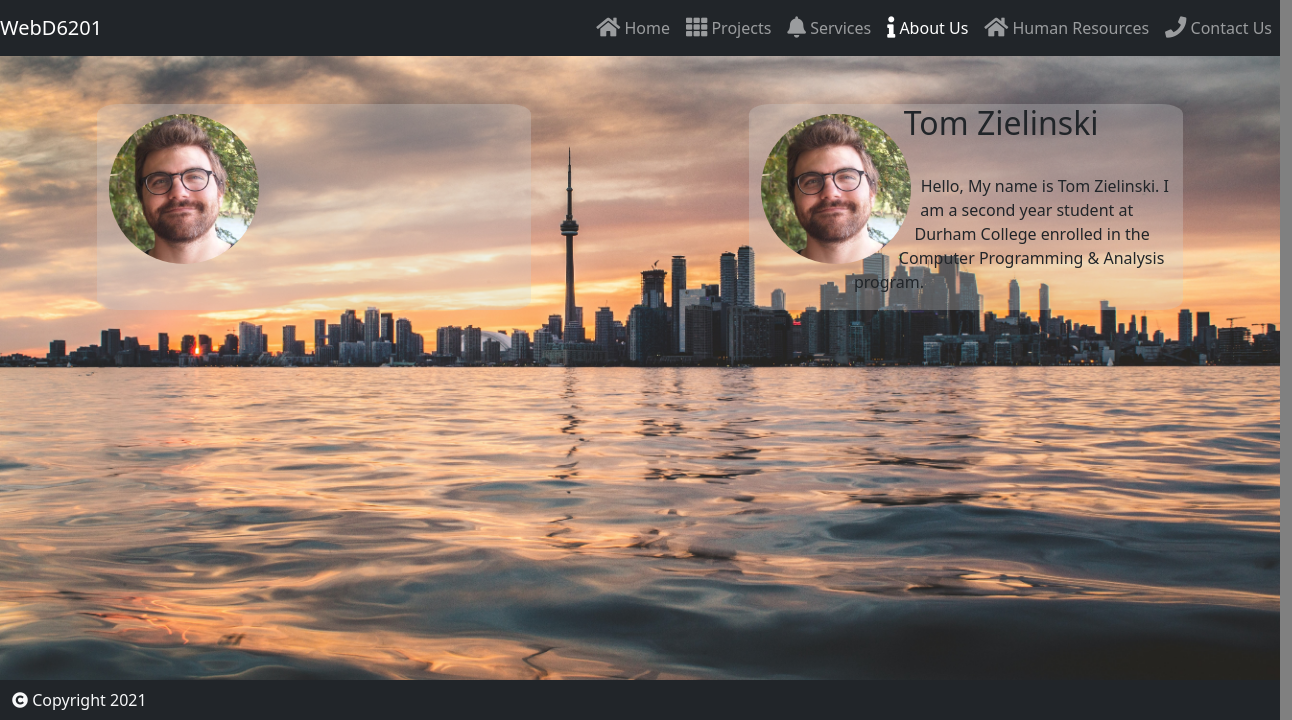
Repository: Tomelinski/Webd6201-Lab02
Page: about.html
An editor plug-in stored every save of this project. The page is shown before and after the next save, followed by the edit.
The browser window is 1280 px wide. The page is 1292 px wide, so the pictures cover 1292 px, including what lies to the right of the window. The pictures show the whole page.

Above is the page before, as saved 2021-02-05 18:30:24.

### about.html
<!-- Author(s): Tom Zielinski,
 *              Calvin May
 *
 *   Date: 02/02/2021 | Last Modified: 02/03/2021
 *   Document: about.html
 *   Description: ...
-->
<!DOCTYPE html>
<html lang="en">
<head>
    <meta charset="UTF-8">
    <meta name="viewport" content="width=device-width, initial-scale=1.0">
    <title>About</title>
    <!-- -->
    <link rel="stylesheet" href="./node_modules/bootstrap/dist/css/bootstrap.min.css">
    <link rel="stylesheet" href="./node_modules/@fortawesome/fontawesome-free/css/all.min.css">
    <link rel="stylesheet" href="./Content/app.css">

</head>
<body>
      <!-- Main header -->
      <header>
        <!-- Main Nav -->
          <nav class="navbar navbar-expand-lg navbar-dark bg-dark ">
              <a class="navbar-brand" href="./index.html">WebD6201</a>
              <button class="navbar-toggler" type="button" data-toggle="collapse" data-target="#navbarSupportedContent" aria-controls="navbarSupportedContent" aria-expanded="false" aria-label="Toggle navigation">
                <span class="navbar-toggler-icon"></span>
              </button>

              <div class="collapse navbar-collapse" id="navbarSupportedContent">
                <ul id="pageList" class="navbar-nav ms-auto mb-2 mb-lg-0">
                  <li class="nav-item ">
                    <a class="nav-link" aria-current="page" href="index.html"><i class="fas fa-home fa-lg"></i> Home</a>
                  </li>

                  <li class="nav-item">
                      <a id="projects" class="nav-link" aria-current="page" href="products.html"><i class="fas fa-th fa-lg"></i> Products</a>
                  </li>

                  <li class="nav-item">
                      <a class="nav-link" aria-current="page" href="services.html"><i class="fas fa-bell fa-lg"></i> Services</a>
                  </li>

                  <li class="nav-item">
                      <a class="nav-link active" aria-current="page" href="about.html"><i class="fas fa-info fa-lg"></i> About Us</a>
                  </li>

                  <li class="nav-item">
                      <a class="nav-link" aria-current="page" href="contact.html"><i class="fas fa-phone fa-lg"></i> Contact Us</a>
                  </li>
                </ul>
              </div>
            </nav>
      </header>

      <main>
        <div class="container"></div>
          <div class="row justify-content-around">
            <div id="about-calvin" class="col-4 mt-5 about-background">

            </div>
            <div id="about-tom" class="col-4 mt-5 about-background">

            </div>
          </div>
        </div>
      </main>

    <!-- Script section -->
    <script src="./node_modules/jquery/dist/jquery.min.js"></script>
    <script src="./node_modules/bootstrap/dist/js/bootstrap.bundle.min.js"></script>
    <script src="./Scripts/app.js"></script>
</body>

</html>

### Content/app.css
/* Author(s): Tom Zielinski,
 *              Calvin May
 *
 *   Date: 02/02/2021 | Last Modified: 02/03/2021
 *   Document: Services.html
 *   Description: ...
*/
/* Custom css page */
body{
    width:100vw;
    height:100vh;
    background: url("../Pictures/Toronto.jpg") no-repeat center center fixed;
    -webkit-background-size: cover;
    -moz-background-size: cover;
    -o-background-size: cover;
    background-size: cover;
    overflow-x: hidden;
    margin:0px;
    min-height:100%;
    background-color: gray;
}

.headshot-portrait{
    width: 150px;
    height: 150px;
    border-radius: 50%;
    float: left;
    shape-outside: circle();
    margin: 10px 10px 15px 0px;
}

.about-background{
    background: rgba(210, 210, 210, 0.3);
    border-radius: 5%;

}

### Scripts/app.js
/** Author(s): Tom Zielinski,
 *             Calvin May
 *
 *  Date: 02/02/2021 | Last Modified: 02/03/2021
 *  Document: app.js
 *  Description: ...
 */

/** Custom JavaScript Page */

/** IFFE Function */
(() => {

    // Declarations
    let mainContent = document.getElementsByTagName("main")[0]; // Holds the <main> element


    // First Fix the upper, lower navbars. Ensuring they display properly
    fixNavBars();

    /** Web Application Startup Functions */
    /** Start() - Lets the application know which content to load
     *          based on the title of the document.
    */
    function Start() {
        console.log("Web App Started.");``


        // A switch case used to figure out which page is being loaded.
        switch (document.title) {
            case "Home":
                displayHomePage();
                break;
            case "About":
                displayAboutPage();
                break;
            case "Contact":
                displayContactPage();
                break;
            case "Projects":
                displayProjectsPage();
                break;
            case "Services":
                displayServicesPage();
                break;
            case "Human Resources":
                displayHumanResourcesPage();
                break;
        }

    }

    /** Display Page Content Functions */
    /** displayHomePage() - Loads the Content for index.html */
    function displayHomePage() {

        let newParagraph = document.createElement("p");
        newParagraph.setAttribute("id", "paragraphOne");
        newParagraph.className = "fs-6 col col-md-4 mt-5 m-auto px-4 border border-dark border-4 rounded";
        newParagraph.textContent = "Welcome to Cavlin May's and Tom Zielinski's Webd6201 Lab01 webpage.";

        mainContent.appendChild(newParagraph);
    }

    /** displayAboutPage() - Loads the Content for about.html */
    function displayAboutPage() {

        let introductionHeading = document.createElement("h3");
        let resumeHeading = document.createElement("h3");

        let aboutTomDiv = document.getElementById("about-tom");
        let aboutCalvinDiv = document.getElementById("about-calvin");

        let tomHeading = document.createElement("h2");
        tomHeading.textContent = "Tom Zielinski";
        let pic = document.createElement("img");
        pic.setAttribute("src", "../Pictures/Tom.jpeg");
        pic.setAttribute("class", "headshot-portrait");
        pic.setAttribute("height", "100");
        pic.setAttribute("width", "100");
        pic.setAttribute("alt", "Headshot of Tom");

        let aboutTom = document.createElement("p");
        aboutTom.innerHTML = `</br><p>Hello, My name is Tom Zielinski. I am a second year student at Durham College enrolled in the Computer Programming & Analysis program.</p>`;

        aboutTomDiv.appendChild(pic);
        aboutTomDiv.appendChild(tomHeading);
        aboutTomDiv.appendChild(aboutTom);

        let calvinPortrait = document.createElement("img");
        calvinPortrait.setAttribute("src", "../Pictures/Tom.jpeg");
        calvinPortrait.setAttribute("class", "headshot-portrait");
        calvinPortrait.setAttribute("alt", "Headshot of Tom");

        aboutCalvinDiv.appendChild(calvinPortrait);
    }

    /** displayContactPage() - Loads the Content for contact.html */
    function displayContactPage() {

    }

    /** displayProjectsPage() - Loads the Content for projects.html */
    function displayProjectsPage() {

    }

    /** displayServicesPage() - Loads the Content for services.html */
    function displayServicesPage() {

    }

    /** displayHumanResourcesPage() - Loads the Content for human_resources.html */
    function displayHumanResourcesPage() {


    }

    /**
     * fixNavBars() - This Function is used to finish creating the Header/Footer Navbars
     *              using DOM Manipulation and Injection. First it fixes the "Products"
     *              NavBar link to correctly show, "Projects" and link to the projects.html
     *              page. It also Insert a new NavBar link, "Human Recources" between
     *              "About us" and "Contact Us" links. Finally, it adds a footer to the
     *              bottom of the page.
     */
    function fixNavBars()
    {
        // Fix the "Products" Nav item
        let projectPageAnchor = document.getElementById("projects");    // Get the Nav item Anchor tag by id
        projectPageAnchor.setAttribute("href", "projects.html");        // Correctly set the Hypertext Reference attribute
        projectPageAnchor.innerHTML = "<i class=\"fas fa-th fa-lg\"></i> Projects"; // Correctly set the text to indicate a project page

        // Insert a Nav item for Human Resources
        let navBarItemList = document.getElementById("pageList");  // Get the <ul> holding the Page links
        let humanResourcesListItem = document.createElement("li"); // Create a new list Item
        humanResourcesListItem.setAttribute("class", "nav-item");  // Set the class of the list item to "nav-item"
        // Create the anchor that will exist within the humanResourcesListItem
        let hrListItemData = '<a class="nav-link" aria-current="page" ' +
                             'href="human_resources.html"><i class="fas fa-home fa-lg"></i> Human Resources</a>';
        // Set the innerHtml with the data above
        humanResourcesListItem.innerHTML = hrListItemData;
        // Insert the new listitem before the 8th child within the <ul>
        //-(8th because it counts both the <li> elements and the <a> elements within)
        navBarItemList.insertBefore(humanResourcesListItem, navBarItemList.childNodes[8]);


        // Insert a new footer NavBar
        let footerData = "";    // A variable to hold the html code for the footers navBar
        // Create the footer element
        let pageFooter = document.createElement("footer");
        // Insert the new footer element before the "next" sibling of <main>
        //-Reads as <body>.insertBefore(pageFooter, elementAfterMain)
        mainContent.parentNode.insertBefore(pageFooter, mainContent.nextSibling);

        footerData = '<nav class="navbar fixed-bottom navbar-dark bg-dark"> ' +
                     '<div class="container-fluid"> ' +
                     '<h7 class="text-light"><i class="fas fa-copyright text-light"></i> Copyright 2021</h7> ' +
                     '</div> ' +
                     '</nav> ';
        pageFooter.innerHTML = footerData;

    }

    // Add an event listener for the load event (Page load).
    //-Call the Start() function so that we can display page
    //-specific content
    window.addEventListener("load", Start);

})();

Loaded but not shown: node_modules/bootstrap/dist/css/bootstrap.min.css (library); node_modules/@fortawesome/fontawesome-free/css/all.min.css (library); node_modules/jquery/dist/jquery.min.js (library); node_modules/bootstrap/dist/js/bootstrap.bundle.min.js (library)

After the next save:
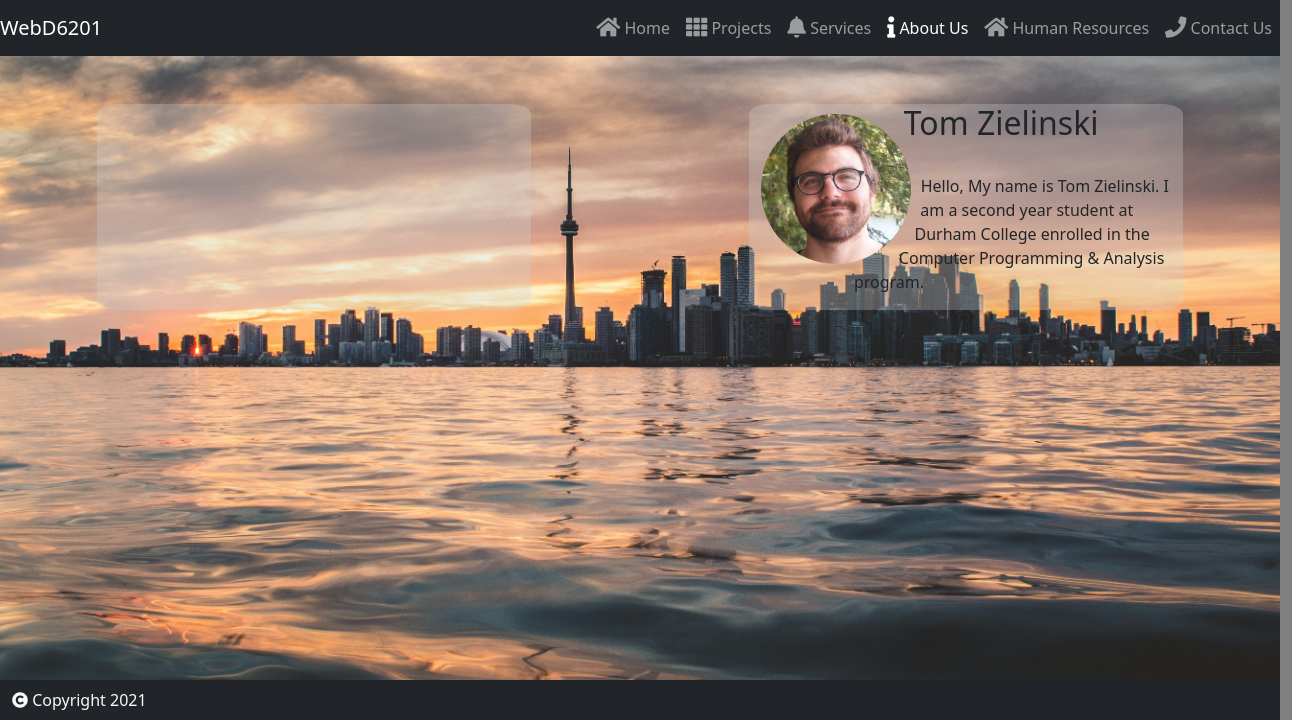
Saved 2 min 17 s later.
--- a/Scripts/app.js
+++ b/Scripts/app.js
@@ -65,6 +65,7 @@
     /** displayAboutPage() - Loads the Content for about.html */
     function displayAboutPage() {
 
+        // Declarations
         let introductionHeading = document.createElement("h3");
         let resumeHeading = document.createElement("h3");
 
@@ -87,12 +88,12 @@
         aboutTomDiv.appendChild(tomHeading);
         aboutTomDiv.appendChild(aboutTom);
 
-        let calvinPortrait = document.createElement("img");
-        calvinPortrait.setAttribute("src", "../Pictures/Tom.jpeg");
-        calvinPortrait.setAttribute("class", "headshot-portrait");
-        calvinPortrait.setAttribute("alt", "Headshot of Tom");
+        // let calvinPortrait = document.createElement("img");
+        // calvinPortrait.setAttribute("src", "../Pictures/Tom.jpeg");
+        // calvinPortrait.setAttribute("class", "headshot-portrait");
+        // calvinPortrait.setAttribute("alt", "Headshot of Tom");
 
-        aboutCalvinDiv.appendChild(calvinPortrait);
+        // aboutCalvinDiv.appendChild(calvinPortrait);
     }
 
     /** displayContactPage() - Loads the Content for contact.html */
